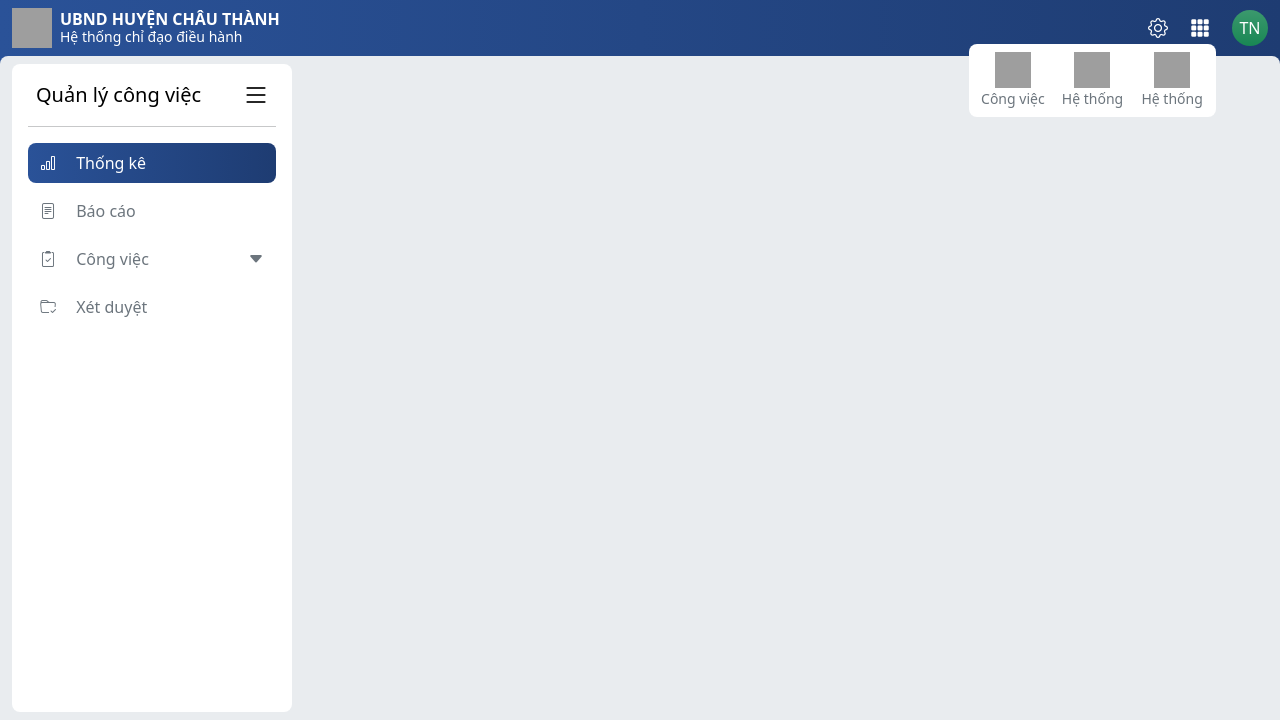
Repository: mys-pro/DATT-HeThongChiDaoDieuHanh
Page: index.html
An editor plug-in stored every save of this project. The page is shown before and after the next save, followed by the edit.
The browser window is 1280 px wide. The pictures show the whole page.
Pictures or frames that could not be fetched are drawn as grey boxes.

Above is the page before, as saved 2024-04-21 15:15:46.

After the next save:
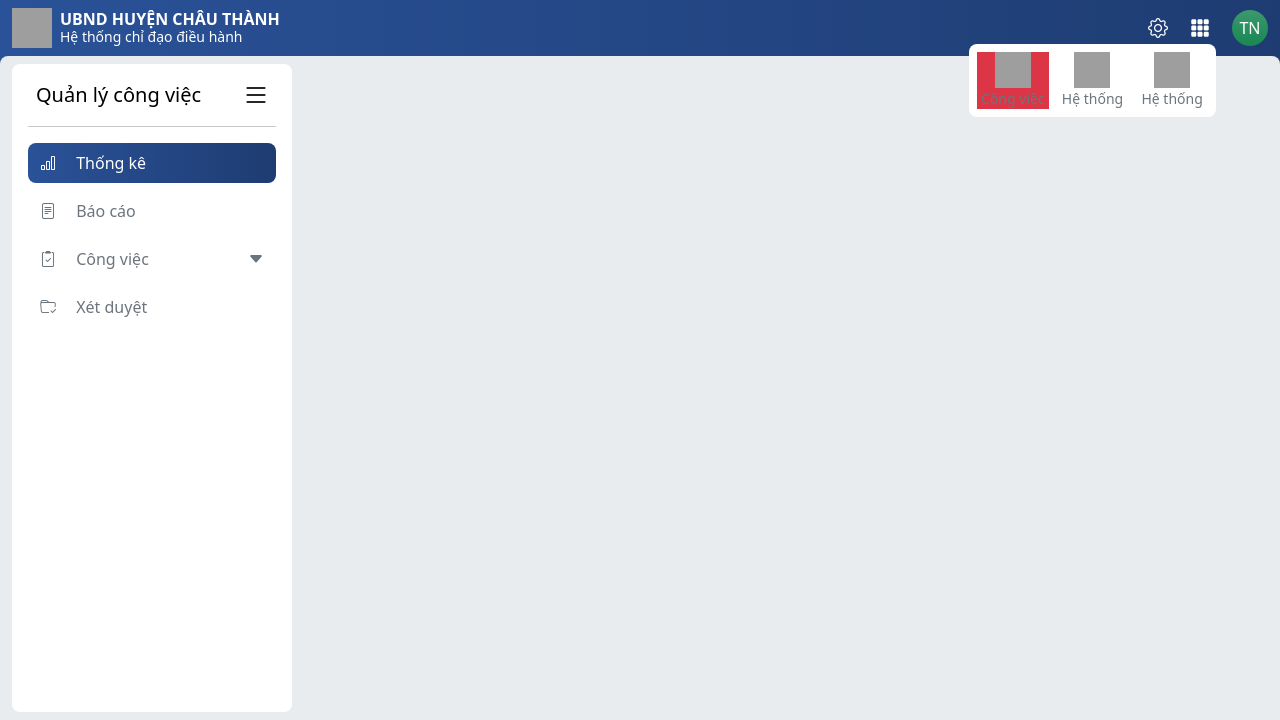
Saved 14 s later.
--- a/index.html
+++ b/index.html
@@ -41,7 +41,7 @@
                             <div class="list-apps bg-white rounded-3 position-absolute p-2">
                                 <div class="row row-cols-3 g-2">
                                     <div class="col">
-                                        <a href="#" class="text-decoration-none text-secondary d-flex flex-column align-items-center bg-body">
+                                        <a href="#" class="text-decoration-none text-secondary d-flex flex-column align-items-center bg-danger">
                                             <img src="./Assets/Image/task-icon.png" alt="" width="36px" height="36px">
                                             Công việc
                                         </a>
